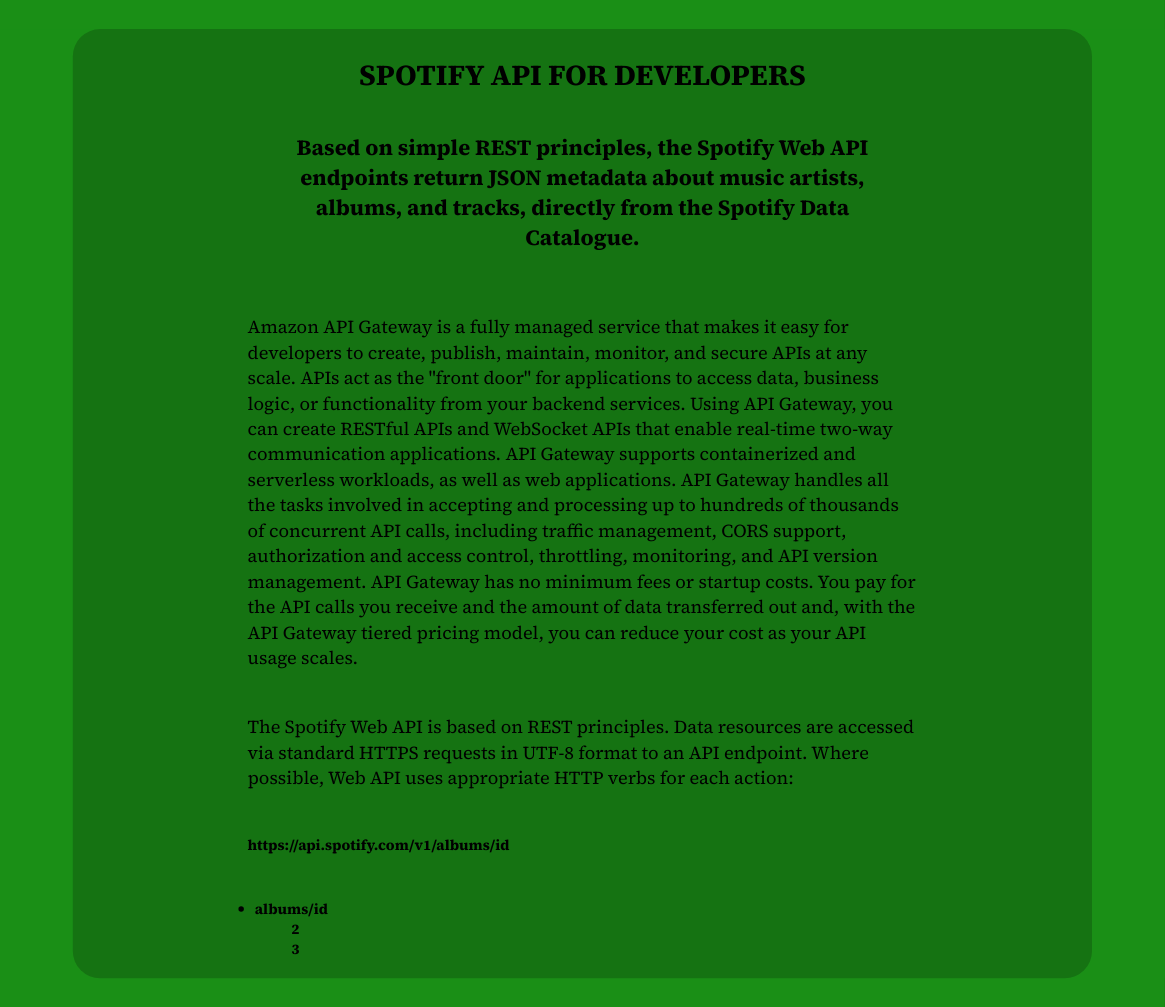
Repository: eliasihai/dizza-html-project
Page: index.html
The author's editor kept a copy of each file at every save. The page is drawn from the files as they stood at one save, then again after a run of saves.
The browser window is 1280 px wide. The pictures show the whole page, at 91% of full size.

Above is the page before, as saved 2022-01-27 00:35:19.

After the next 3 saves:
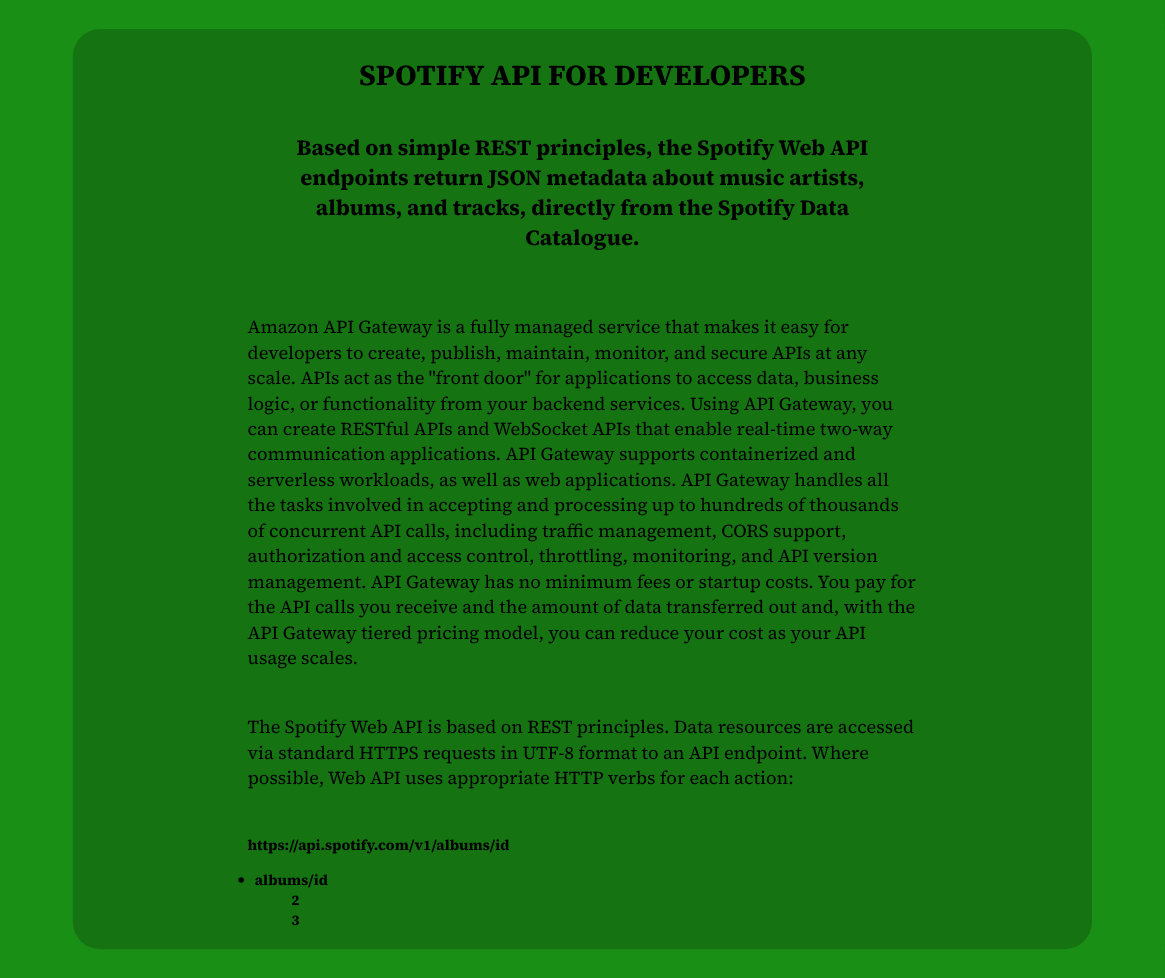
The 3 saves are shown as one change because they came seconds apart.
The last was saved 10 s later.
--- a/style.css
+++ b/style.css
@@ -47,5 +47,5 @@
 }
 
 .list_container p{
-  margin: 3rem 2rem;
+  margin: 0.1rem 2rem;
 }
